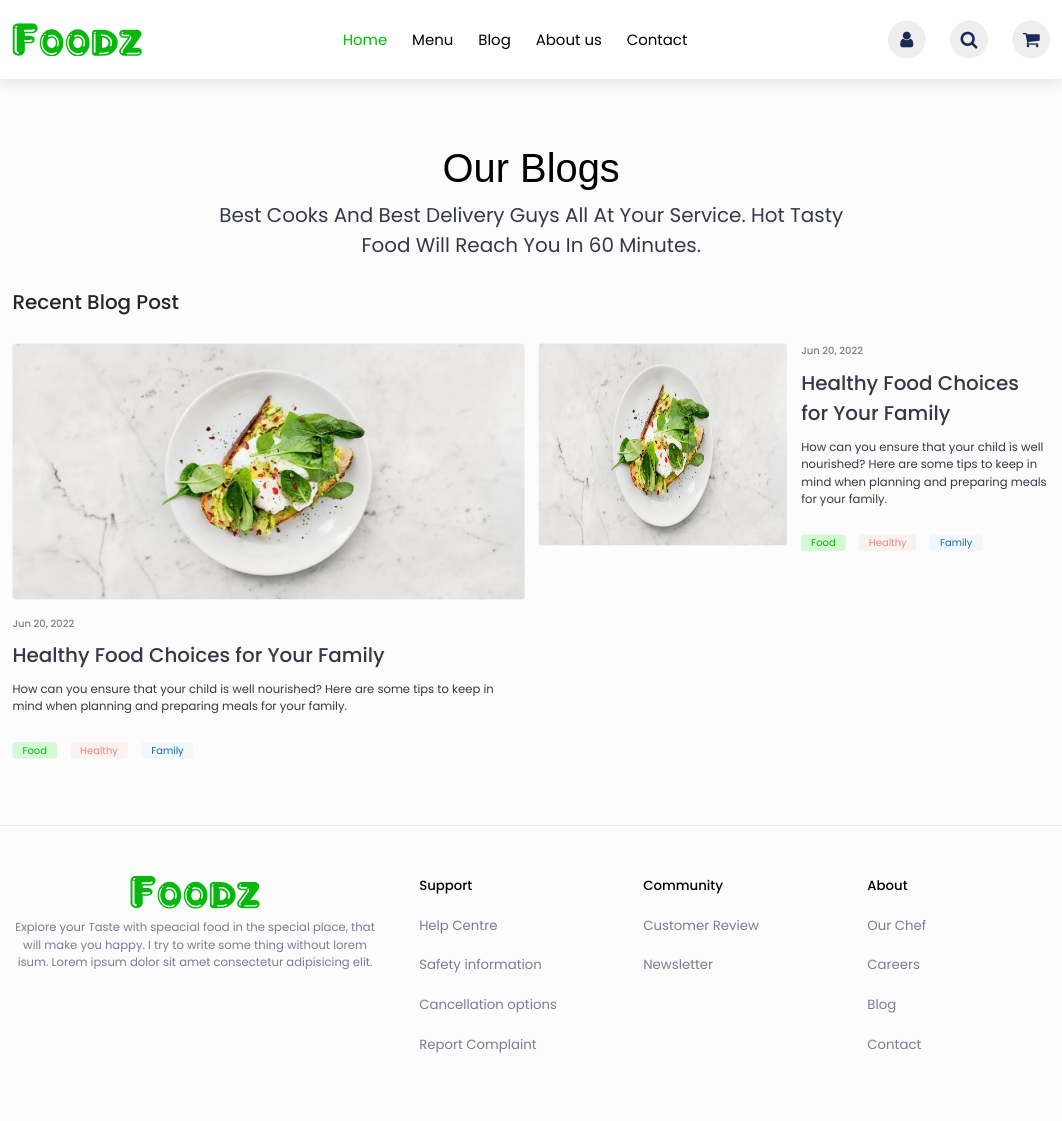
Repository: Toan3333/fooz
Page: assets/pages/blog.html
The author's editor kept a copy of each file at every save. The page is drawn from the files as they stood at one save, then again after the next save.
The browser window is 1280 px wide. The pictures show the whole page, at 83% of full size.
Some web fonts or font styles are not loaded; a fallback is used.

Above is the page before, as saved 2023-06-01 13:46:48.

### assets/pages/blog.html
<!DOCTYPE html>
<html lang="en">
  <head>
    <meta charset="UTF-8" />
    <meta http-equiv="X-UA-Compatible" content="IE=edge" />
    <meta name="viewport" content="width=device-width, initial-scale=1.0" />
    <title>Blog</title>
    <link rel="stylesheet" href="/assets/css/style.css" />
    <link
      href="https://fonts.googleapis.com/css?family=Poppins:100,100italic,200,200italic,300,300italic,regular,italic,500,500italic,600,600italic,700,700italic,800,800italic,900,900italic"
      rel="stylesheet"
    />
    <link
      href="https://fonts.googleapis.com/css?family=Alice:regular"
      rel="stylesheet"
    />
    <link
      rel="stylesheet"
      href="https://cdnjs.cloudflare.com/ajax/libs/font-awesome/4.7.0/css/font-awesome.min.css"
    />
  </head>
  <body>
    <div class="app">
      <!-- header -->
      <header class="header">
        <div class="container">
          <div class="header-main">
            <div class="header-logo">
              <img src="/assets/images/Logo.svg" alt="" />
            </div>
            <div class="header-menu">
              <ul class="header-nav">
                <li class="header-list">
                  <a href="/index.html" class="header-link active">Home</a>
                </li>
                <li class="header-list">
                  <a href="#" class="header-link">Menu</a>
                </li>
                <li class="header-list">
                  <a href="#" class="header-link">Blog</a>
                </li>
                <li class="header-list">
                  <a href="#" class="header-link">About us</a>
                </li>
                <li class="header-list">
                  <a href="/assets/pages/contact.html" class="header-link"
                    >Contact</a
                  >
                </li>
              </ul>
            </div>
            <div class="header-auth">
              <div class="header-icon">
                <a href="#">
                  <i class="fa fa-user" aria-hidden="true"></i>
                </a>
                <a href="#">
                  <i class="fa fa-search" aria-hidden="true"></i>
                </a>
                <a href="#">
                  <i class="fa fa-shopping-cart" aria-hidden="true"></i>
                </a>
              </div>
            </div>
          </div>
        </div>
      </header>
      <!-- header end -->
      <section class="our-blog">
        <div class="container">
          <div class="text-center__primary special-center menu-center">
            Our blogs
            <p class="text-bottom">
              Best cooks and best delivery guys all at your service. Hot tasty
              food will reach you in 60 minutes.
            </p>
          </div>
          <div class="our-blog__heading">Recent Blog Post</div>
          <div class="our-blog__main">
            <div class="our-blog__post">
              <div class="our-blog__image">
                <img src="/assets/images/blog-4.png" alt="" />
              </div>
              <div class="our-blog__content">
                <div class="our-blog__date">Jun 20, 2022</div>
                <div class="our-blog__title">
                  Healthy Food Choices for Your Family
                </div>
                <div class="our-blog__text">
                  How can you ensure that your child is well nourished? Here are
                  some tips to keep in mind when planning and preparing meals
                  for your family.
                </div>
                <ul class="our-blog__tag">
                  <li class="our-blog__item">Food</li>
                  <li class="our-blog__item">Healthy</li>
                  <li class="our-blog__item">Family</li>
                </ul>
              </div>
            </div>
            <div class="our-blog__post-2">
              <div class="our-blog__items">
                <div class="our-blog__image our-blog__list__image">
                  <img
                    class="our-blog__images"
                    src="/assets/images/blog-4.png"
                    alt=""
                  />
                </div>
                <div class="our-blog__content our-blog__list__content">
                  <div class="our-blog__date">Jun 20, 2022</div>
                  <div class="our-blog__title">
                    Healthy Food Choices for Your Family
                  </div>
                  <div class="our-blog__text">
                    How can you ensure that your child is well nourished? Here
                    are some tips to keep in mind when planning and preparing
                    meals for your family.
                  </div>
                  <ul class="our-blog__tag">
                    <li class="our-blog__item">Food</li>
                    <li class="our-blog__item">Healthy</li>
                    <li class="our-blog__item">Family</li>
                  </ul>
                </div>
              </div>
            </div>
          </div>
        </div>
      </section>

      <footer class="footer">
        <div class="container">
          <div class="footer-list">
            <div class="footer-column">
              <div class="footer-center">
                <div class="footer-logo">
                  <img src="/assets/images/Logo.svg" alt="" />
                </div>
                <p class="footer-desc">
                  Explore your Taste with speacial food in the special place,
                  that will make you happy. I try to write some thing without
                  lorem isum. Lorem ipsum dolor sit amet consectetur adipisicing
                  elit.
                </p>
              </div>
            </div>
            <div class="footer-column">
              <h3 class="footer-title">Support</h3>
              <ul class="footer-menu">
                <li class="footer-item"><a href="#">Help Centre</a></li>
                <li class="footer-item"><a href="#">Safety information</a></li>
                <li class="footer-item">
                  <a href="#">Cancellation options</a>
                </li>
                <li class="footer-item"><a href="#">Report Complaint</a></li>
              </ul>
            </div>
            <div class="footer-column">
              <h3 class="footer-title">Community</h3>
              <ul class="footer-menu">
                <li class="footer-item"><a href="#">Customer Review</a></li>
                <li class="footer-item"><a href="#">Newsletter</a></li>
              </ul>
            </div>
            <div class="footer-column">
              <h3 class="footer-title">About</h3>
              <ul class="footer-menu">
                <li class="footer-item"><a href="#">Our Chef</a></li>
                <li class="footer-item"><a href="#">Careers</a></li>
                <li class="footer-item">
                  <a href="#">Blog</a>
                </li>
                <li class="footer-item"><a href="#">Contact</a></li>
              </ul>
            </div>
          </div>
        </div>
      </footer>
      <!-- loader -->
      <!-- <div class="loader-container">
        <img src="./assets/images/loader.gif" alt="" />
      </div> -->
      <!-- loader end -->
    </div>
  </body>
</html>

Loaded but not shown: assets/css/style.css (890 lines, source omitted)

After the next save:
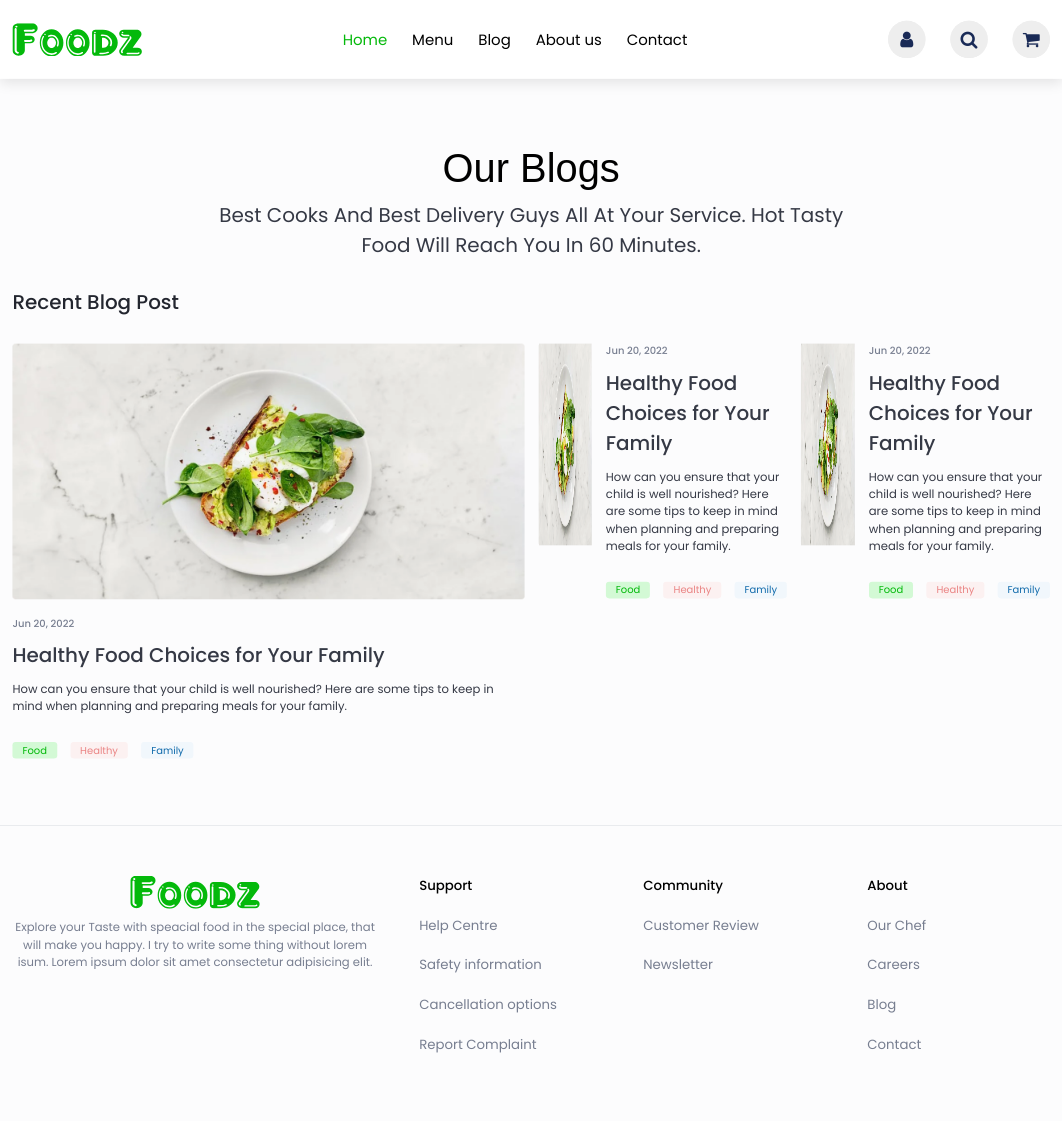
Saved 24 s later.
--- a/assets/pages/blog.html
+++ b/assets/pages/blog.html
@@ -124,6 +124,31 @@
                   </ul>
                 </div>
               </div>
+              <div class="our-blog__items">
+                <div class="our-blog__image our-blog__list__image">
+                  <img
+                    class="our-blog__images"
+                    src="/assets/images/blog-4.png"
+                    alt=""
+                  />
+                </div>
+                <div class="our-blog__content our-blog__list__content">
+                  <div class="our-blog__date">Jun 20, 2022</div>
+                  <div class="our-blog__title">
+                    Healthy Food Choices for Your Family
+                  </div>
+                  <div class="our-blog__text">
+                    How can you ensure that your child is well nourished? Here
+                    are some tips to keep in mind when planning and preparing
+                    meals for your family.
+                  </div>
+                  <ul class="our-blog__tag">
+                    <li class="our-blog__item">Food</li>
+                    <li class="our-blog__item">Healthy</li>
+                    <li class="our-blog__item">Family</li>
+                  </ul>
+                </div>
+              </div>
             </div>
           </div>
         </div>

After the save that followed:
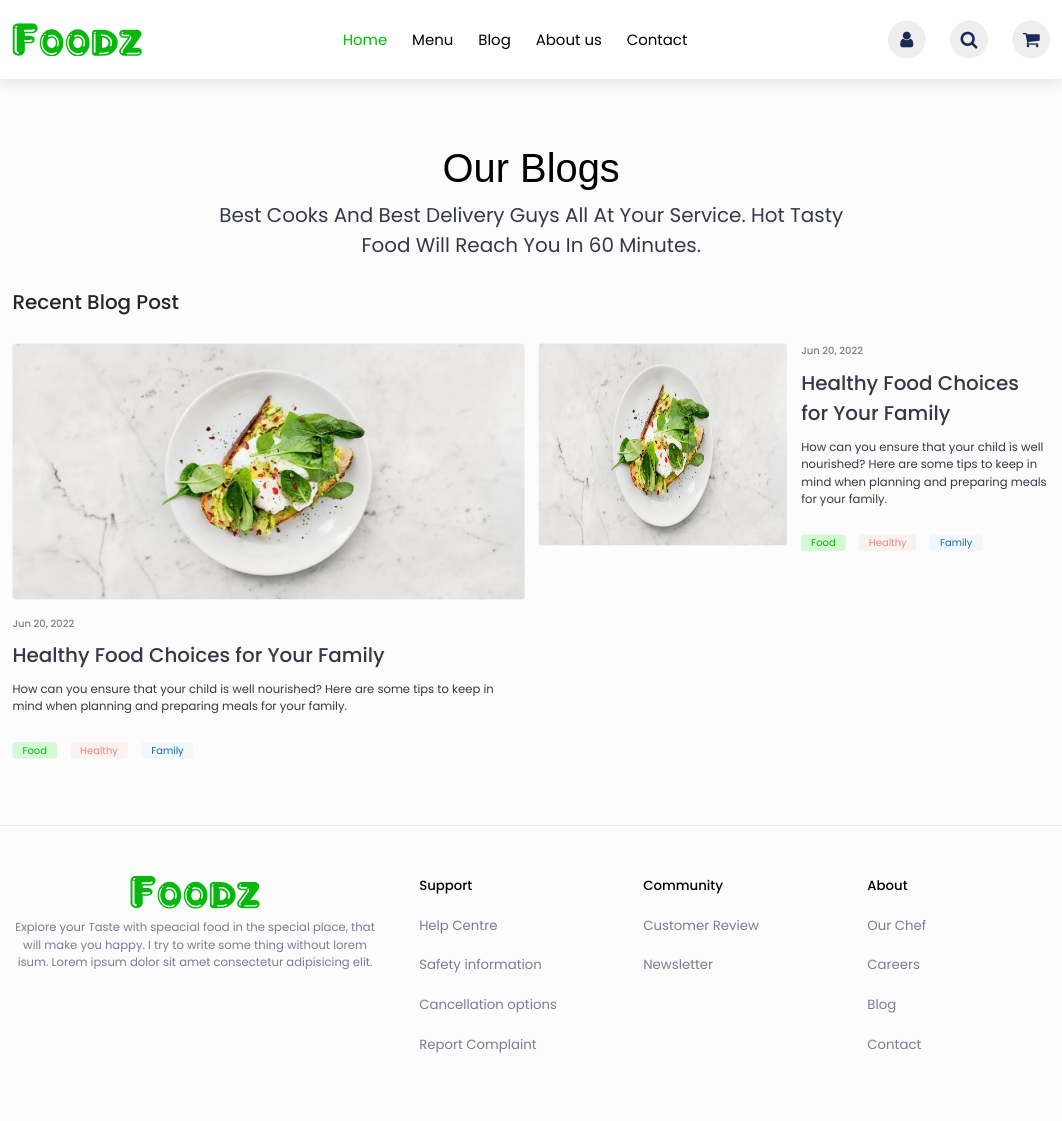
Saved 8 s later.
--- a/assets/pages/blog.html
+++ b/assets/pages/blog.html
@@ -124,31 +124,6 @@
                   </ul>
                 </div>
               </div>
-              <div class="our-blog__items">
-                <div class="our-blog__image our-blog__list__image">
-                  <img
-                    class="our-blog__images"
-                    src="/assets/images/blog-4.png"
-                    alt=""
-                  />
-                </div>
-                <div class="our-blog__content our-blog__list__content">
-                  <div class="our-blog__date">Jun 20, 2022</div>
-                  <div class="our-blog__title">
-                    Healthy Food Choices for Your Family
-                  </div>
-                  <div class="our-blog__text">
-                    How can you ensure that your child is well nourished? Here
-                    are some tips to keep in mind when planning and preparing
-                    meals for your family.
-                  </div>
-                  <ul class="our-blog__tag">
-                    <li class="our-blog__item">Food</li>
-                    <li class="our-blog__item">Healthy</li>
-                    <li class="our-blog__item">Family</li>
-                  </ul>
-                </div>
-              </div>
             </div>
           </div>
         </div>
